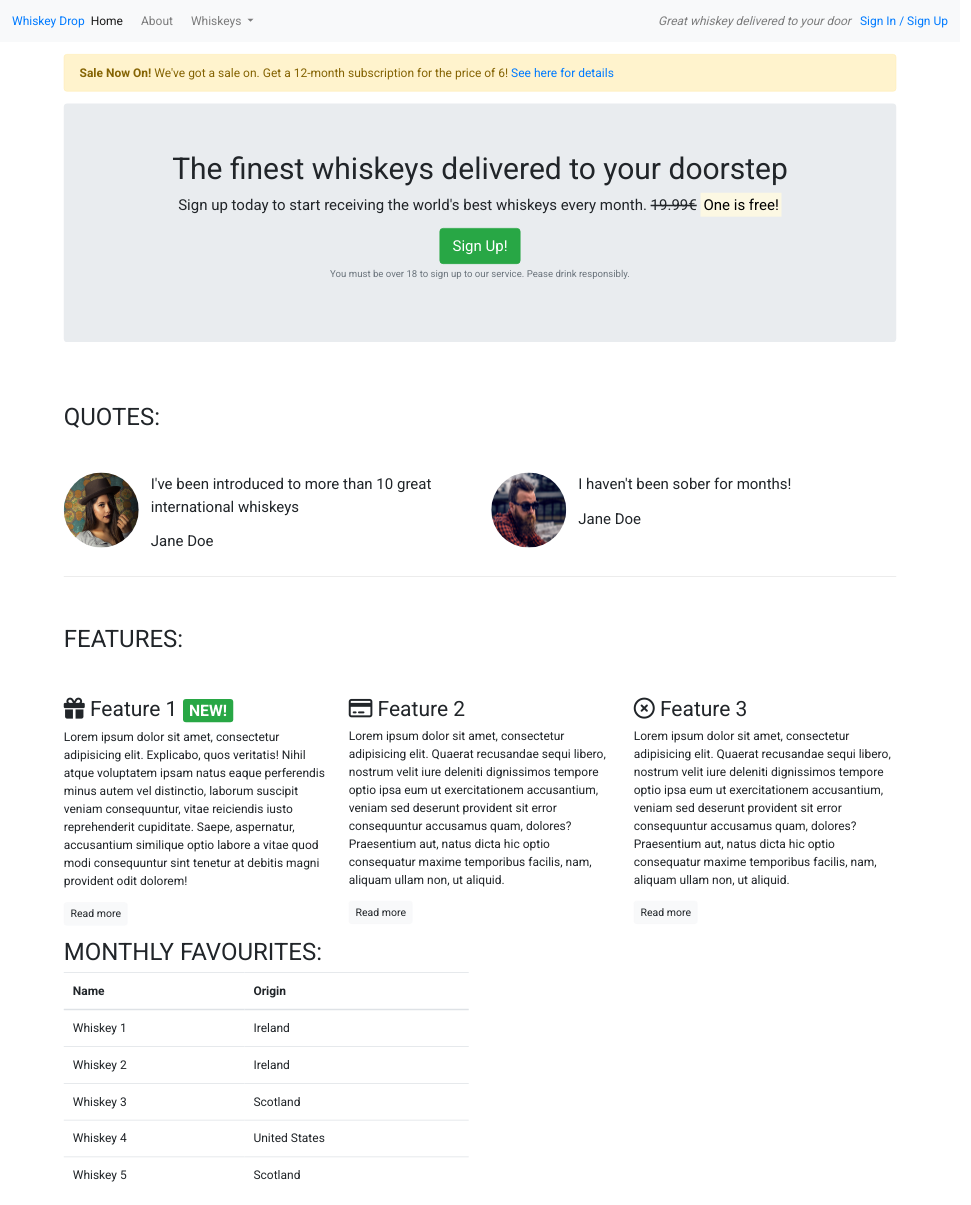
Repository: Sarani1612/whiskey-drop
Page: index.html
The author's editor kept a record of every edit. The page is drawn from the files as they stood at one moment, then again after the next edit.
The browser window is 1280 px wide. The page is 1280 px wide, then 1295 px, so the pictures cover 1295 px, including what lies to the right of the window. The pictures show the whole page, at 75% of full size.
Some web libraries are served in a nearby version.

Above is the page before.
Console error: TypeError: Cannot read properties of undefined (reading 'fn')

After the next edit:
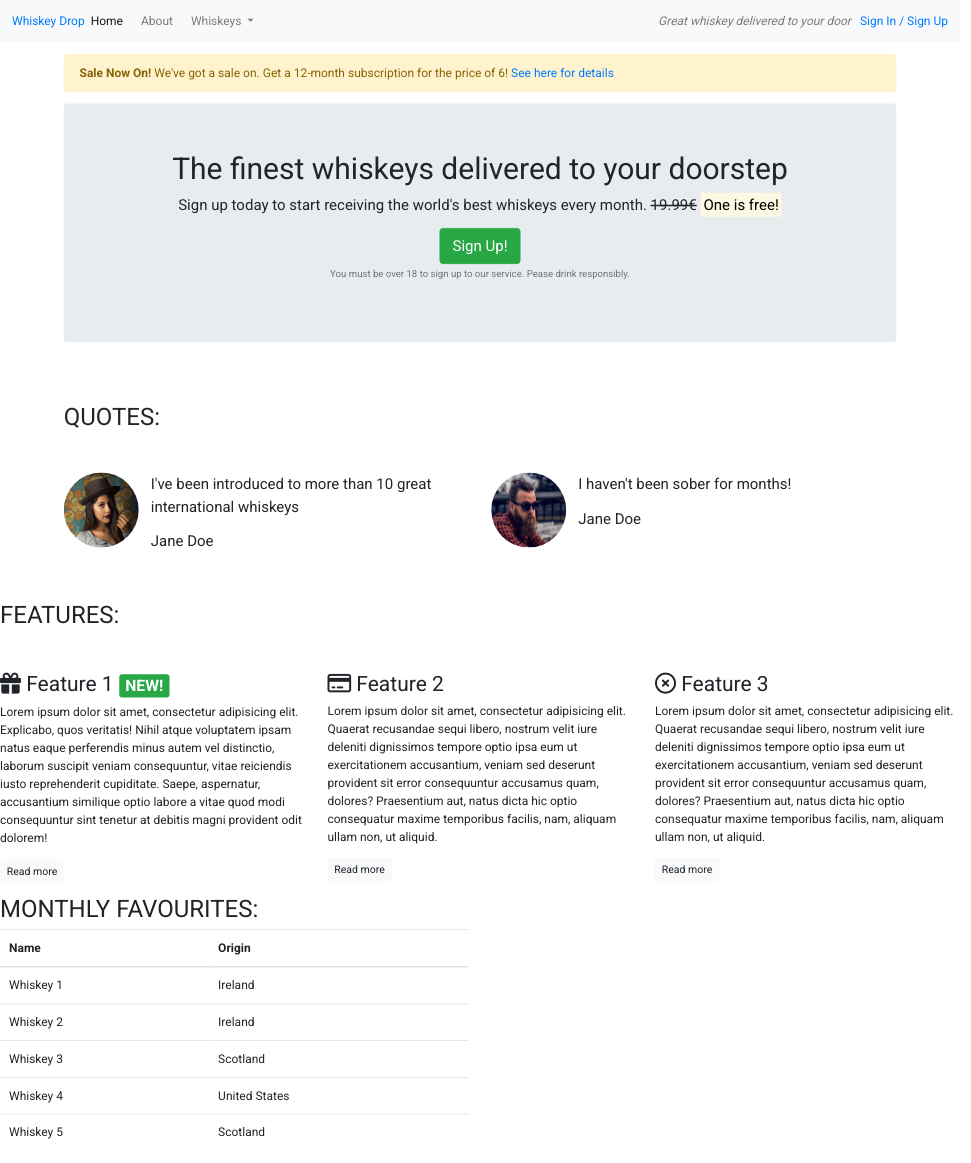
The edit:
--- a/index.html
+++ b/index.html
@@ -70,43 +70,43 @@
 
     <!-- Quotes -->
     <div class="container quotes-container">
-    <section class="quotes">
-        <div class="row">
-            <div class="col-12 my-5">
-                <h2 class="text-uppercase">Quotes:</h2>
-            </div>
-        </div>
-        <div class="row">
-            <div class="col-12 col-md-6">
-                <div class="media">
-                    <div class="d-none d-sm-block">
-                        <img src="Images/girl-image.png" class="rounded-circle mr-3" height=100 width=100>
+        <section class="quotes">
+            <div class="row">
+                <div class="col-12 my-5">
+                    <h2 class="text-uppercase">Quotes:</h2>
+                </div>
+            </div>
+            <div class="row">
+                <div class="col-12 col-md-6">
+                    <div class="media">
+                        <div class="d-none d-sm-block">
+                            <img src="Images/girl-image.png" class="rounded-circle mr-3" height=100 width=100>
+                        </div>
+                        <div class="media-body">
+                            <blockquote class="blockquote">
+                                <p>I've been introduced to more than 10 great international whiskeys</p>
+                                <p>Jane Doe</p>
+                            </blockquote>
+                        </div>
                     </div>
-                    <div class="media-body">
-                        <blockquote class="blockquote">
-                            <p>I've been introduced to more than 10 great international whiskeys</p>
-                            <p>Jane Doe</p>
-                        </blockquote>
+                </div>
+                <div class="col-12 col-md-6">
+                    <div class="media">
+                        <div class="d-none d-sm-block">
+                            <img src="Images/guy-image.png" class="rounded-circle mr-3" height=100 width=100>
+                        </div>
+                        <div class="media-body">
+                            <blockquote class="blockquote">
+                                <p>I haven't been sober for months!</p>
+                                <p>Jane Doe</p>
+                            </blockquote>
+                        </div>
                     </div>
                 </div>
             </div>
-            <div class="col-12 col-md-6">
-                <div class="media">
-                    <div class="d-none d-sm-block">
-                        <img src="Images/guy-image.png" class="rounded-circle mr-3" height=100 width=100>
-                    </div>
-                    <div class="media-body">
-                        <blockquote class="blockquote">
-                            <p>I haven't been sober for months!</p>
-                            <p>Jane Doe</p>
-                        </blockquote>
-                    </div>
-                </div>
-            </div>
-        </div>
-    </section>
-    <!-- /.quotes -->
-    <hr>
+        </section>
+        <!-- /.quotes -->
+    </div>
 
     <!-- Features -->
     <section class="features">
